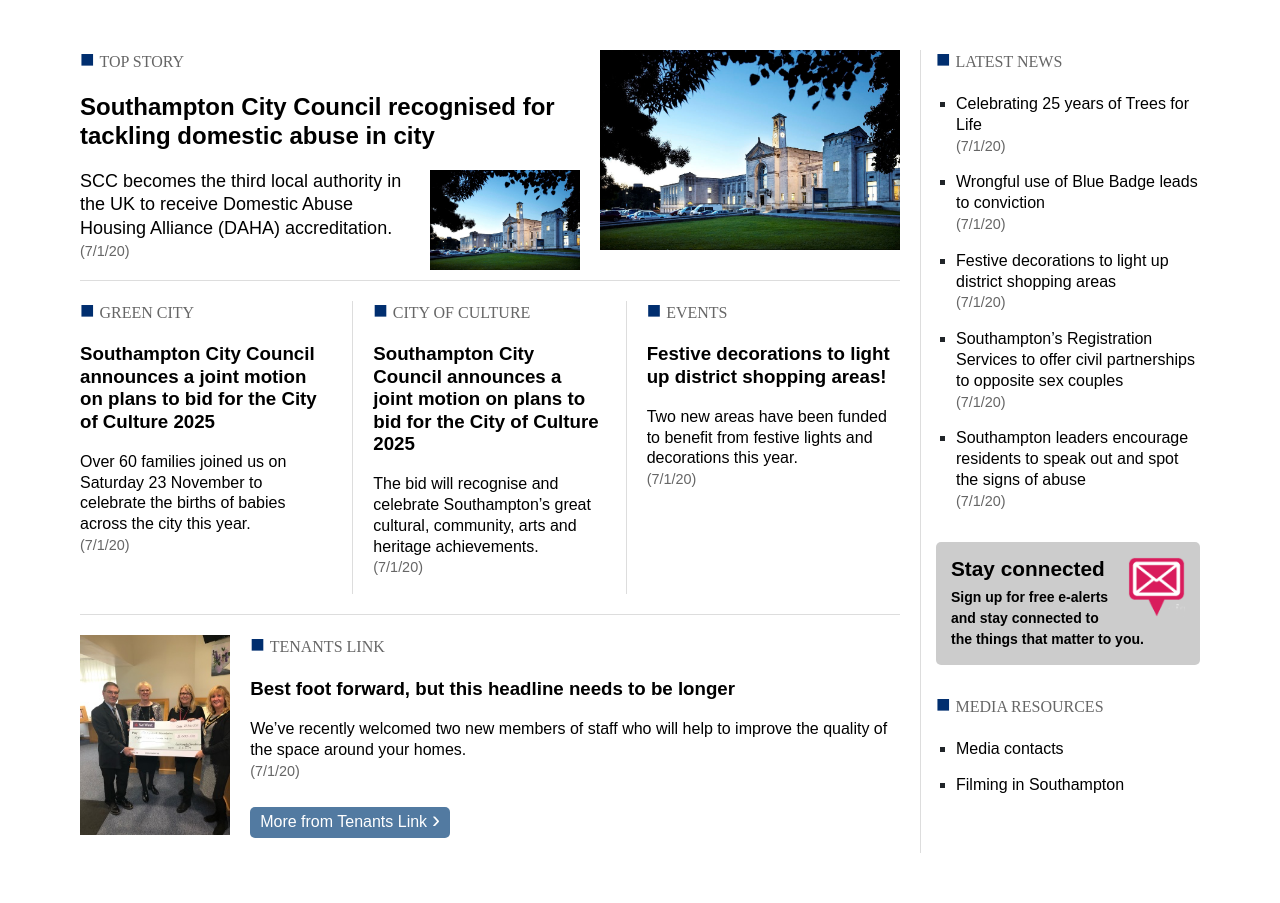
Repository: Domehead123/newspage
Page: index8.html
The author's editor kept a record of every edit. The page is drawn from the files as they stood at one moment, then again after the next edit.
The browser window is 1280 px wide. The pictures show the whole page.

Above is the page before.

### index8.html
<!DOCTYPE html>
<html lang="en">

<head>
    <meta charset="UTF-8">
    <meta name="viewport" content="width=device-width, initial-scale=1.0">
    <meta http-equiv="X-UA-Compatible" content="ie=edge">
    <link rel="stylesheet" href="https://stackpath.bootstrapcdn.com/bootstrap/4.5.2/css/bootstrap.min.css" type="text/css" />
    <link rel="stylesheet" href="news4.css" type="text/css" />
    <title>Document</title>
</head>

<body>
    <div class="container news-page">
        <div class="row">
            <div class="col-md-9 col-sm-12 news-main">
                <div class="row">
                    <div class="top-story"> <a href="#"><img class="top-large-pic" src="images/civic-centre-2.jpg"></a>
                        <div class="subject-header">TOP STORY</div>
                        <h2><a href="#">
Southampton City Council recognised for tackling domestic abuse in city</a></h2>
                        <p><a href="#"><img class="top-small-pic" src="images/civic-centre-2.jpg">SCC becomes the third local authority in the UK to receive Domestic Abuse Housing Alliance (DAHA) accreditation. <span class="date">(7/1/20)</a></p>
                    </div>
                </div>

                <div class="row middle-row">
                    <div class="col-md-4 col-sm-12 topic">
                        <div class="subject-header ">GREEN CITY</div>
                        <h3><a href="#">
Southampton City Council announces a joint motion on plans to bid for the City of Culture 2025
 </a></h3>
                        <p><a href="#">Over 60 families joined us on Saturday 23 November to celebrate the births of babies across the city this year.<span class="date">(7/1/20)</span></a></p>
                    </div>
                    <div class="col-md-4 col-sm-12 topic">
                        <div class="subject-header">CITY OF CULTURE</div>

                        <h3><a href="#">Southampton City Council announces a joint motion on plans to bid for the City of Culture 2025</a></h3>
                        <p><a href="#">The bid will recognise and celebrate Southampton’s great cultural, community, arts and heritage achievements. <span class="date">(7/1/20)</span></a></p>
                    </div>
                    <div class="col-md-4 col-sm-12 topic">
                        <div class="subject-header ">EVENTS</div>
                        <h3><a href="#">
Festive decorations to light up district shopping areas!
 </a></h3>
                        <p><a href="#">Two new areas have been funded to benefit from festive lights and decorations this year. <span class="date">(7/1/20)</span></a></p>
                    </div>
                </div>
                <div class="row">
                    <div class="bottom-story">
                        <a href="#"><img class="bottom-large-pic" src="images/lipstick.jpg"></a>
                        <div class="subject-header ">TENANTS LINK</div>
                        <h3><a href="#">Best foot forward, but this headline needs to be longer</a></h3>
                        <p><a href="#"><img class="bottom-small-pic" src="images/lipstick.jpg">We’ve recently welcomed two new members of staff who will help to improve the quality of the space around your homes. <span class="date">(7/1/20)</span></a></p>
                        <p class="more"><a href="#">More from Tenants Link</a></p>
                    </div>
                </div>
            </div>
            <div class="col-md-3 col-sm-12 side-panel">
                <div class="subject-header">LATEST NEWS</div>
                <ul>
                    <li><a href="#">Celebrating 25 years of Trees for Life <span class="date">(7/1/20)</span></a></li>
                    <li><a href="#">Wrongful use of Blue Badge leads to conviction <span class="date">(7/1/20)</span></a></li>
                    <li><a href="#">Festive decorations to light up district shopping areas <span class="date">(7/1/20)</span></a></li>
                    <li><a href="#">Southampton’s Registration Services to offer civil partnerships to opposite sex couples<span class="date">(7/1/20)</span></a></li>
                    <li><a href="#">Southampton leaders encourage residents to speak out and spot the signs of abuse<span class="date">(7/1/20)</span></a></li>
                </ul>
                <div class="connected">
                    <a href="#"><img src="images/connected.png"></a>
                    <h2><a href="#">Stay connected</a></h2>

                    <p><a href="#">Sign up for free e-alerts and stay connected to the things that matter to you.</a></p>
                </div>
                <div class="subject-header">MEDIA RESOURCES</div>
                <ul>
                    <li><a href="#">Media contacts</a></li>
                    <li><a href="#">Filming in Southampton</a></li>
                </ul>

            </div>
        </div>
    </div>
</body>

</html>

### news4.css
body {
    margin: 50px auto;
    max-width: 90%;
}

h2 {
    font-size: 24px;
    font-family: "franklin-gothic-urw", sans-serif;
    font-weight: 700;
    margin: 19.2px 0;
}

h3 {
    font-size: 18.7px;
    font-family: "franklin-gothic-urw", sans-serif;
    font-weight: 700;
    margin: 18.7px 0;
}

.news-page {
    font-size: 20px;
    font-family: "franklin-gothic-urw", sans-serif;
    padding: 0 25px;
}

.news-page a {
    color: #000;
    text-decoration: none;
    transition: 0.4s all;
}

.top-story {
    border-bottom: 1px solid #ddd;
}

.top-story p {
    font-size: 18px;
    line-height: 130%;
}

.play {
    display: block;
    background: #e60054;
    position: absolute;
    right: 0;
    bottom: 0;
    float: right;
    color: #fff;
    text-align: center;
}

.large-image-wrapper .play {
    width: 40px;
    height: 40px;
    line-height: 40px;
}

.small-image-wrapper .play {
    width: 30px;
    height: 30px;
    line-height: 30px;
    font-size: 0.7em;
}

.topic:first-of-type {

    border-bottom: 1px solid #ddd;
    padding: 0;
}

.topic:nth-child(2) {

    border-bottom: 1px solid #ddd;
    padding: 20px 0 0 0;
}

.topic:nth-child(3) {
    padding: 20px 0 0 0;
}

.topic p,
.bottom-story p {
    font-size: 16px;
    line-height: 130%;
}

.subject-header {
    color: #666;
    font-family: "Times New Roman", Times, serif;
    font-size: 16px;
}

.subject-header:before {
    content: "\25A0";
    line-height: 0;
    font-size: 1.5em;
    color: #002e6f;
    margin-right: 5px;
}

.large-image-wrapper {
    position: relative;
    float: right;
    display: none;
    margin-bottom: 20px;
}

.small-image-wrapper {
    position: relative;
    float: right;
    display: block;
    margin-bottom: 20px;
}

.top-large-pic {
    margin: 0 0 0 20px;
    height: 200px;
    float: right;
}

.middle-row {
    border-bottom: 1px solid #ddd;
    padding: 20px 0 0;
}

.top-small-pic {
    display: block;
    float: right;
    margin: 0 0 0 20px;
    height: 100px;
    position: relative;
}

.bottom-large-pic {
    height: 200px;
    margin-right: 20px;
    float: left;
    display: none;
}

.bottom-small-pic {
    float: right;
    margin-left: 20px;
    height: 100px;
}

.date {
    color: #666;
    font-size: 14.4px;
    display: block;
}

.bottom-story {
    padding: 20px 0 0 0;
    border-bottom: 1px solid #ddd;
}

.side-panel {
    padding: 20px 0 0 0;

}

.side-panel ul,
.media ul {
    padding: 0 0 0 20px;
    margin-top: 20px;
}

.side-panel ul li,
.media ul li {
    margin: 0 0 1em 0;
    font-size: 16px;
    list-style-type: square;
    line-height: 130%;
}

.connected {
    background: #ccc;
    padding: 15px;
    border-radius: 5px;
    margin: 30px 0;
    width: 100%;
    box-sizing: border-box;
}

.connected img {
    float: right;
    height: 60px;
    margin-left: 10px;
}

.connected h2 {
    font-size: 20.8px;
    margin: 0 0 5px 0;
}

.connected p {
    font-size: 14px;
    font-weight: bold;
    margin: 0;
}

.connected::after {
    content: "";
    clear: both;
    display: table;
}

.more {
    display: block;
    margin: 10px 0 15px 0;
    font-size: 0.9em;
    background: rgb(82, 122, 161);
    width: 200px;
    padding: 5px;
    text-align: center;
    border-radius: 5px;float: left;
}

.more:hover {
    background: #397070;
}

.more a {
    color: #fff;
}

.more::after {
    content: "\203A";
    color: #fff;
    font-size: 1.5em;
    line-height: 0;
    margin-left: 5px;
    position: relative;
    top: 1px;
}



@media (min-width: 700px) {

    .large-image-wrapper {
        display: block;
    }

    .small-image-wrapper {
        display: none;
    }

}


@media (min-width: 768px) {

    .news-main {
        padding-right: 35px;
    }

    .large-image-wrapper,
    .bottom-large-pic {
        display: block;
    }

    .small-image-wrapper,
    .bottom-small-pic {
        display: none;
    }

    .middle-row {
        padding: 20px 0;
    }

    .topic:first-of-type {
        border-right: 1px solid #ddd;
        border-bottom: none;
        padding: 0 20px 0 0;
    }

    .topic:nth-child(2) {
        border-right: 1px solid #ddd;
        border-bottom: none;
        padding: 0 20px;

    }

    .topic:nth-child(3) {
        padding: 0 0 0 20px;
    }

    .bottom-story {
        border-bottom: none;
    }

    .side-panel {
        border-left: 1px solid #ddd;
        padding: 0 0 0 15px;
    }



    .connected img {
        width: 100%;
        height: auto;
        margin: 0;
    }



}

@media (min-width: 1000px) {

    .connected img {
        float: right;
        height: 60px;
        width: auto;
        margin-left: 10px;
    }

}

After the next edit:
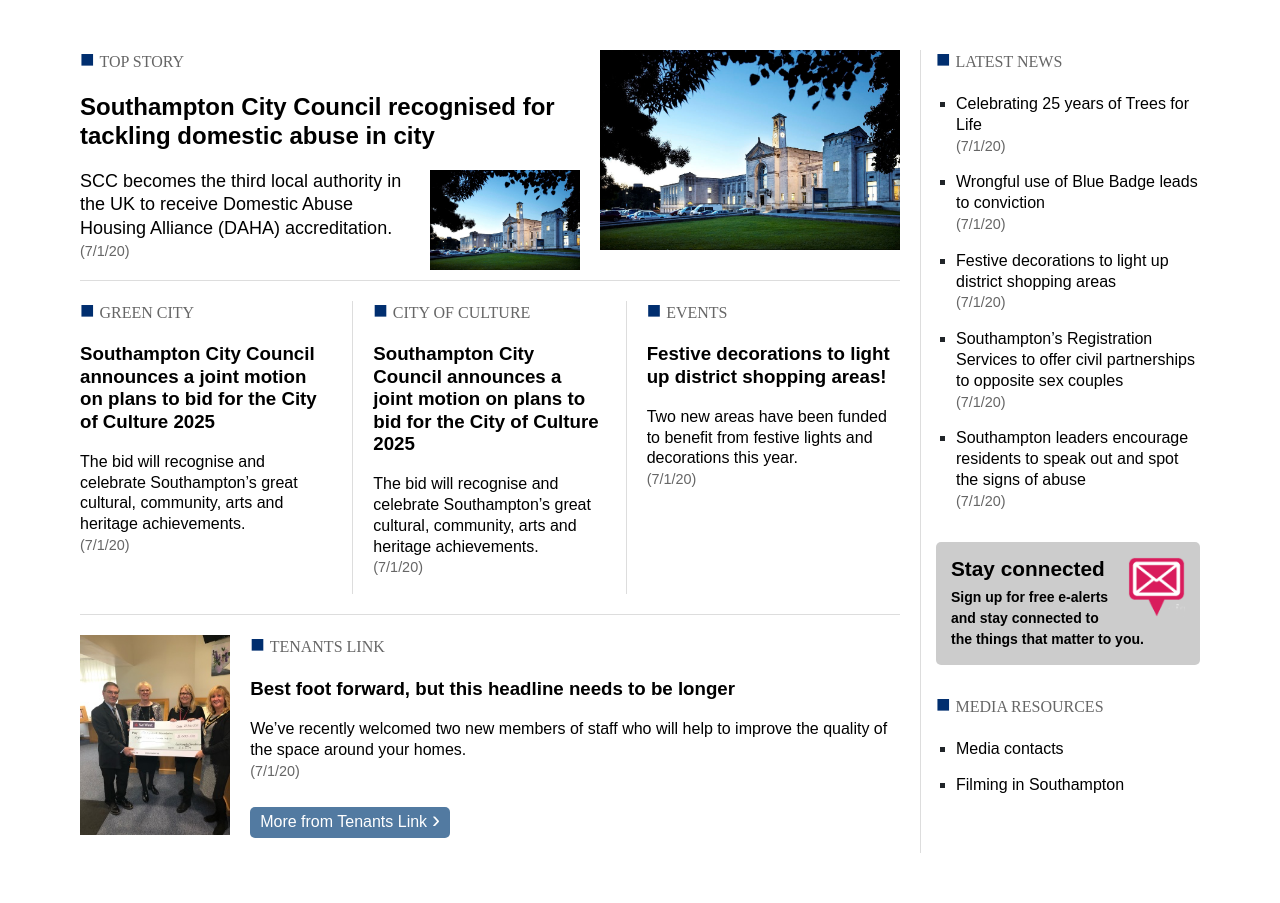
The edit:
--- a/index8.html
+++ b/index8.html
@@ -29,7 +29,7 @@
                         <h3><a href="#">
 Southampton City Council announces a joint motion on plans to bid for the City of Culture 2025
  </a></h3>
-                        <p><a href="#">Over 60 families joined us on Saturday 23 November to celebrate the births of babies across the city this year.<span class="date">(7/1/20)</span></a></p>
+                        <p><a href="#">The bid will recognise and celebrate Southampton’s great cultural, community, arts and heritage achievements.<span class="date">(7/1/20)</span></a></p>
                     </div>
                     <div class="col-md-4 col-sm-12 topic">
                         <div class="subject-header">CITY OF CULTURE</div>
